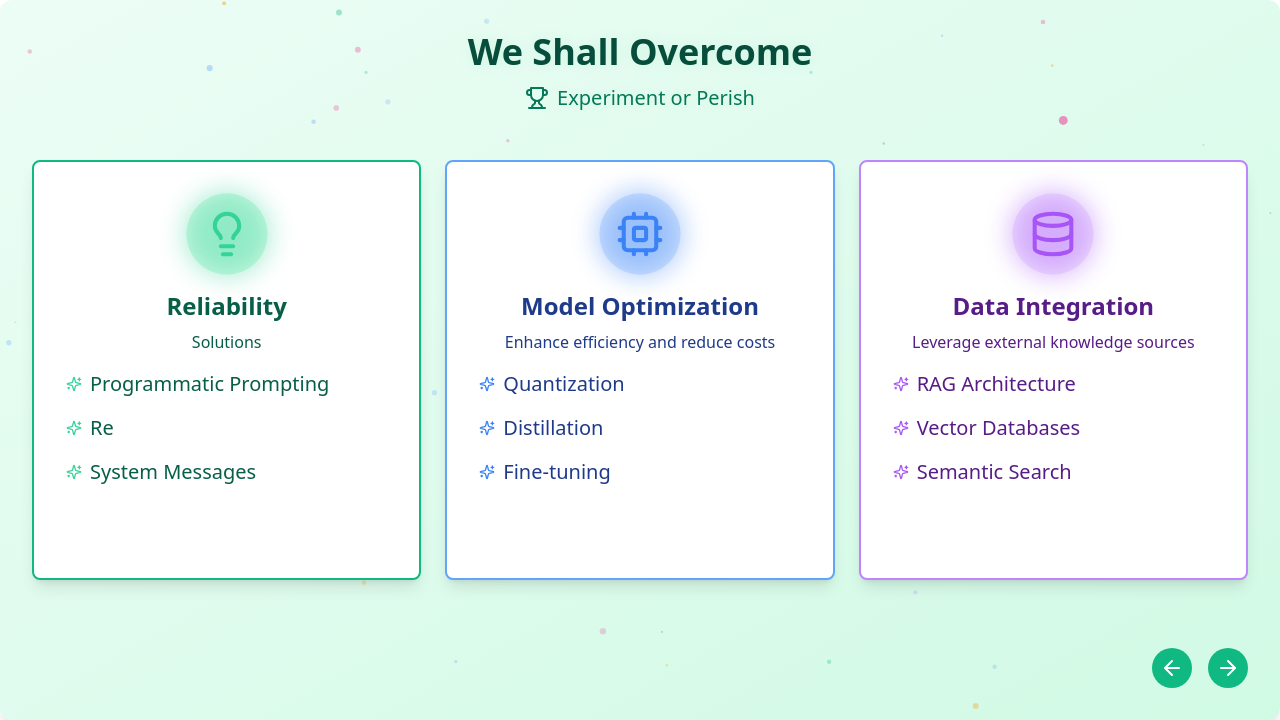
Repository: Galbaz1/dell_presentation
Page: /slide5
These files come from the project's save history. The page is drawn as it stood at one moment and after the next save; the edit follows.
The browser window is 1280 px wide. The pictures show the whole page.
The project was rebuilt for these pictures with package versions that can differ from the ones it lists, and the page was loaded fresh each time. The framework's server and built-in components were replaced by stand-ins that run in the browser. Also part of the build but not shown: styles/animations/slide1.css, styles/animations/slide2.css.

Above is the page before, as saved 2024-11-12 14:26:43.

After the next save:
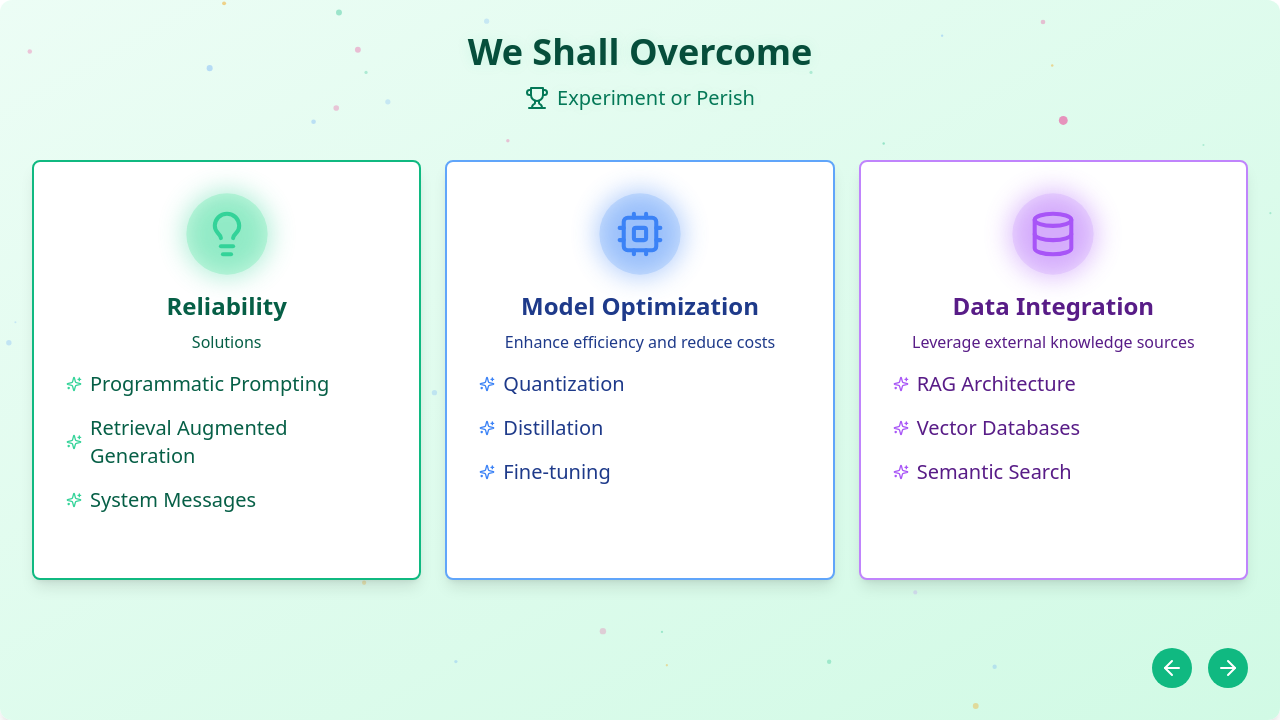
Saved 4 s later.
--- a/pages/slide5.tsx
+++ b/pages/slide5.tsx
@@ -73,7 +73,7 @@ const Slide5: React.FC = () => {
       description: "Solutions",
       items: [
         "Programmatic Prompting",
-        "Re",
+        "Retrieval Augmented Generation",
         "System Messages"
       ]
     },
